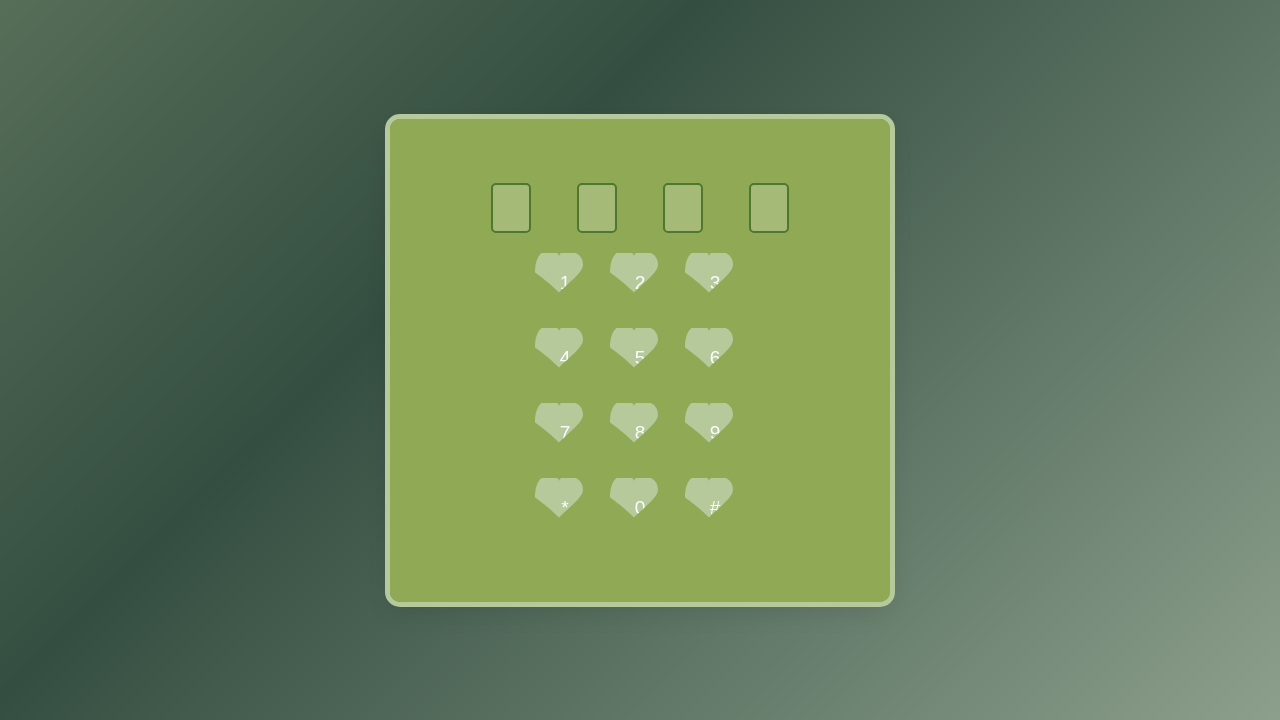
Repository: jahatesu/project-cutie
Page: index.html
An editor plug-in stored every save of this project. The page is shown before and after the next save, followed by the edit.
The browser window is 1280 px wide. The pictures show the whole page.
Some web libraries are served in a nearby version.

Above is the page before, as saved 2025-08-14 21:08:40.
Console error: TypeError: Cannot read properties of null (reading 'getBoundingClientRect')

### index.html
<!DOCTYPE html>
<html lang="en">
<head>
    <meta charset="UTF-8"
    meta http-equiv="X-UA-Compatible" content="IE=edge">
    <meta name="viewport" content="width=device-width, initial-scale=1.0">
    <title>idk yet</title>
    <link rel="stylesheet" href="https://cdnjs.cloudflare.com/ajax/libs/font-awesome/7.0.0/css/all.min.css">
    <link rel="stylesheet" href="style.css">
</head>

<body>
    <div class="wrapper">
        <!-- <i class="fa-solid fa-heart"></i>
        <h2 class="question">Do you wanna see why I think you’re the cutest?</h2>
        <div class="btn-group">
            <button class="btn-yes">Yes</button>
            <button class="btn-no">No</button>
        </div> -->

        <!-- PIN DISPLAY -->
         <div class="pin-display">
            <div class="pin-box"></div>
            <div class="pin-box"></div>
            <div class="pin-box"></div>
            <div class="pin-box"></div>
         </div>

         <!-- HEART BUTTONS -->
         <div class="heart-pad">
            <button data-num = "1">1</button>
          <button data-num = "2">2</button>
          <button data-num = "3">3</button>
          <button data-num = "4">4</button>
          <button data-num = "5">5</button>
          <button data-num = "6">6</button>
          <button data-num = "7">7</button>
          <button data-num = "8">8</button>
          <button data-num = "9">9</button>
          <button data-num = "*">*</button>
          <button data-num = "0">0</button>
          <button data-num = "#">#</button>
         </div>
    </div>

    <script src="script.js"></script>


</body>
</html>

### style.css
:root{
    --bg1:#e9f5db;
    --bg2:#90a955;
    --accent:#b5c99a;
    --ink:#232323;
    --splash-duration: 2600ms;
  }

*{
    margin: 0;
    padding: 0;
    box-sizing: border-box;
}

html, body {
    display: flex;
    justify-content: center;
    align-items: center;
    min-height: 100vh;
  width: 100%;
  height:100%;
}

body {
    background: linear-gradient(-45deg, #e9f5db, #344e41, #b5c99a, #23d5ab);
    background-size: 400% 400%;
    animation: gradient 15s ease infinite;
}

@keyframes gradient {
    0% {
        background-position: 0% 50%;
    }
    50% {
        background-position: 100% 50%;
    }
    100% {
        background-position: 0% 50%;
    }
}
.wrapper{
    position: relative;
    width: 90%;
    padding: 5%;
    max-width: 500px;
    margin: 50px 50px;
    height: fit-content;
    /* max-height: 50%; */
    background: #90a955;
    border-radius: 10px;
    display: flex;
    justify-content: center;
    align-items: center;
    box-shadow: 0 10px 25px rgba(0,0,0,0.1);
    flex-direction: column;
    text-align: center;
    outline: 5px solid #b5c99a;
}

.pin-display{
  display: flex;
  justify-content: space-between;
  margin-bottom: 20px;
  width: 80%;
}

.pin-box{
  width: clamp(30px, 9vw, 40px);
  height: clamp(30px, 9vw, 50px);
  border: 2px solid #4f772d;
  border-radius: 5px;
  background: rgba(255,255,255,0.2);
}

.heart-pad{
  display: grid;
   grid-template-columns: repeat(3, 60px);
  gap: 15px;
}

.heart-pad button {
  position: relative;
  width: 60px;
  height: 60px;
  font-size: 1.2rem;
  color: white;
  border: none;
  cursor: pointer;
  background: #b5c99a;
  clip-path: path("M24 4 C24 -4, 0 -10, 0 20 C0 20, 12 28, 24 40 C36 28, 48 20, 48 12 C48 -4, 24 -4, 24 4 Z");
}

/* .wrapper i {
  font-size: 50px;
  margin-bottom: 10px;
  color: #e9f5db;
}

i{
    font-size:7.5em;
    color: #e9f5db;
    border: 5px solid transparent;
}

h2{
    font-size: 2em;
    color: #e9f5db;
    margin: 15px 0;
}
@media (max-width: 600px) {
  .h2 {
    font-size: 1.2rem;
  }
}

.btn-group{
    width: 100%;
    height: 40px;
    display: flex;
    justify-content: center;
    margin-top: 15px;
}

button {
    position: absolute;
    width: 150px;
    height: inherit;
    font-size: 1.2em;
    color: #e9f5db;
    font-weight: 600;
    border-radius: 30px;
    border: 2px solid #4f772d;
    cursor: pointer;
    box-shadow: 0 5px 15px rgba(0,0,0,0.3);
}

button:nth-child(1){
    margin-left: -200px;
    background: #4f772d;
    color: #b5c99a;
}

button:nth-child(2){
    margin-right: -200px;
    color: #b5c99a;
}

@media (max-width: 400px) {
  .question {
    font-size: 5vw;
  }
  button {
    font-size: 4vw;
  }
} */

### script.js
const wrapper = document.querySelector(".wrapper");
const question = document.querySelector(".question");
const yesBtn = document.querySelector(".btn-yes");
const noBtn = document.querySelector(".btn-no");

const wrapperRect = wrapper.getBoundingClientRect();
const noBtnRect = noBtn.getBoundingClientRect();


yesBtn.addEventListener('click', () => {
    question.innerHTML = 'I knew it! Love you too <3 ';
})

noBtn.addEventListener('mouseover', () => {
    const i = Math.floor(Math.random() * (wrapperRect.width - noBtnRect.width));
    const j = Math.floor(Math.random() * (wrapperRect.height - noBtnRect.height));
    noBtn.style.left = i + "px";
    noBtn.style.top = j + "px";
})

After the next save:
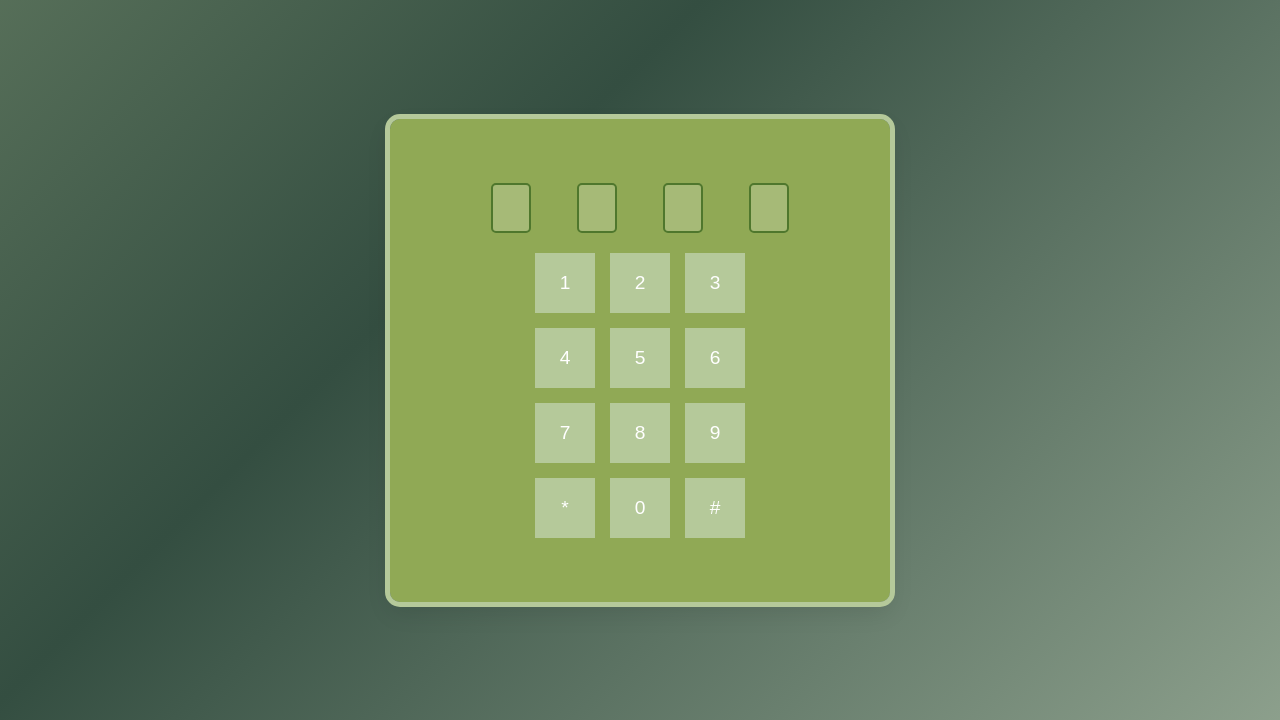
Saved 5 s later.
--- a/style.css
+++ b/style.css
@@ -87,7 +87,7 @@
   border: none;
   cursor: pointer;
   background: #b5c99a;
-  clip-path: path("M24 4 C24 -4, 0 -10, 0 20 C0 20, 12 28, 24 40 C36 28, 48 20, 48 12 C48 -4, 24 -4, 24 4 Z");
+  clip-path: path("M24 4 C24 -4, 0 -10, 0  C0 20, 12 28, 24 40 C36 28, 48 20, 48 12 C48 -4, 24 -4, 24 4 Z");
 }
 
 /* .wrapper i {

After the 2 saves that followed:
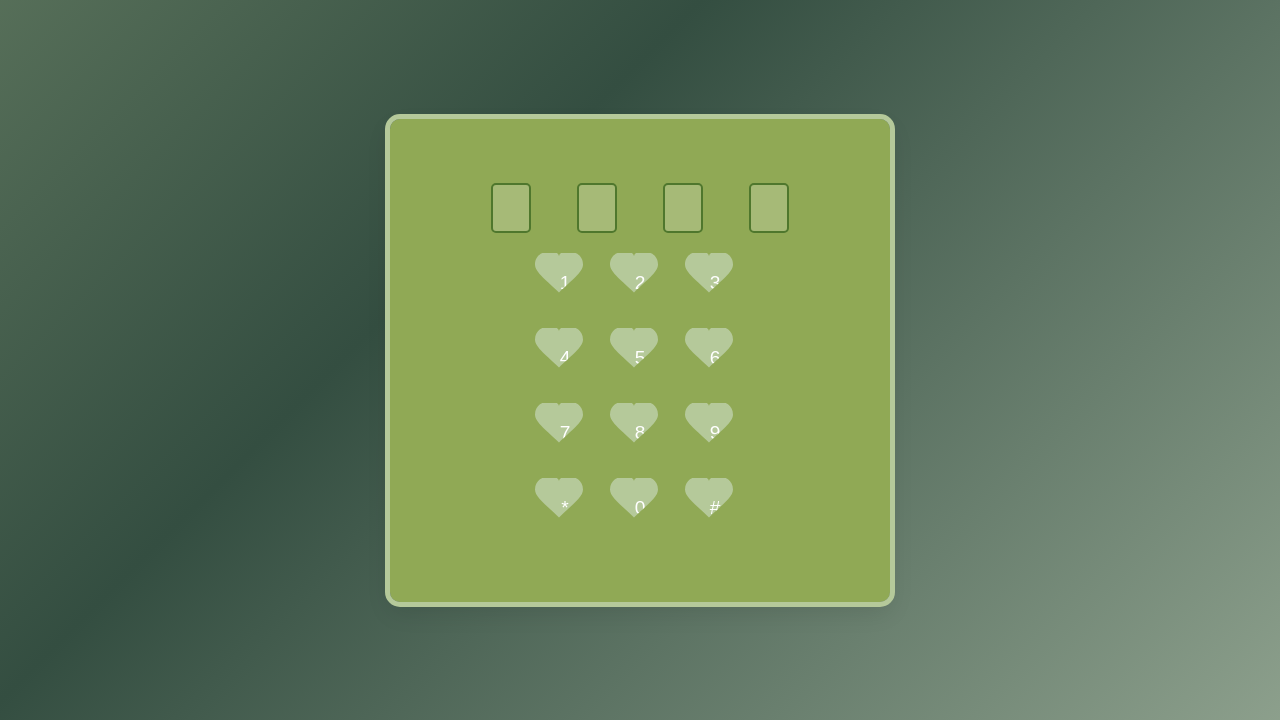
The 2 saves are shown as one change because they came seconds apart.
The last was saved 6 s later.
--- a/style.css
+++ b/style.css
@@ -87,7 +87,7 @@
   border: none;
   cursor: pointer;
   background: #b5c99a;
-  clip-path: path("M24 4 C24 -4, 0 -10, 0  C0 20, 12 28, 24 40 C36 28, 48 20, 48 12 C48 -4, 24 -4, 24 4 Z");
+  clip-path: path("M24 4 C24 -4, 0 -4, 0 12 C0 20, 12 28, 24 40 C36 28, 48 20, 48 12 C48 -4, 24 -4, 24 4 Z");
 }
 
 /* .wrapper i {
